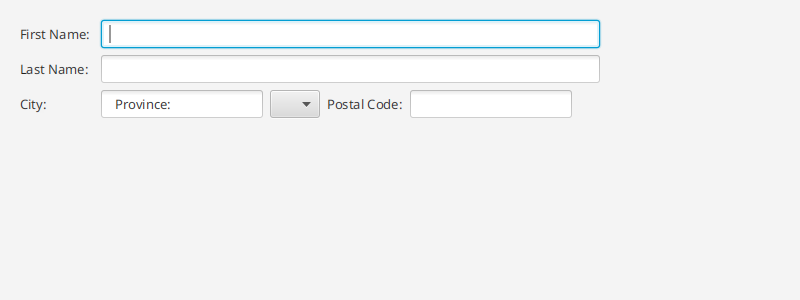
Repository: Mselenko/Java
Program's window: java w_5/JavaFx/src/garbage/CssExample.java
The author's editor kept a copy of each file at every save. The program's window is drawn from the files as they stood at one save, then again after the next save.
It runs on Java 21 on a 1366 x 768 screen with JavaFX 11; the title bar is not drawn.

Above is the program's window before, as saved 2019-06-22 00:14:13.

### w_5/JavaFx/src/garbage/CssExample.java
package garbage;

import javafx.application.Application;
import javafx.geometry.HPos;
import javafx.geometry.Insets;
import javafx.scene.Scene;
import javafx.scene.control.ComboBox;
import javafx.scene.control.Label;
import javafx.scene.control.TextArea;
import javafx.scene.control.TextField;
import javafx.scene.image.Image;
import javafx.scene.image.ImageView;
import javafx.scene.layout.GridPane;
import javafx.scene.paint.Color;
import javafx.scene.paint.Paint;
import javafx.scene.paint.RadialGradientBuilder;
import javafx.scene.paint.Stop;
import javafx.stage.Stage;

/**
 * Created on: 23.06.2012
 * @author Sebastian Damm
 */
public class CssExample extends Application{
//{
//    private final Paint background = RadialGradientBuilder.create()
//            .stops(new Stop(0d, Color.TURQUOISE), new Stop(1, Color.web('3A5998')))
//            .centerX(0.5d).centerY(0.5d).build();
    private final String LABEL_STYLE = "-fx-text-fill: white; -fx-font-size: 14;"
            + "-fx-effect: dropshadow(one-pass-box, black, 5, 0, 1, 1);";

    @Override
    public void start(Stage primaryStage) throws Exception
    {
        Scene scene = new Scene(createGridPane(), 800, 300);
        primaryStage.setTitle("GridPaneExample 2 - User form");
        primaryStage.setScene(scene);
        primaryStage.show();
    }

    private GridPane createGridPane()
    {
        GridPane gridPane = new GridPane();
        gridPane.setPadding(new Insets(20, 20, 20, 20));
        gridPane.setHgap(7); gridPane.setVgap(7);

        Label lbFirstName = new Label("First Name: ");
        //lbFirstName.setStyle(LABEL_STYLE);
        GridPane.setHalignment(lbFirstName, HPos.LEFT);
        TextField tfFirstName = new TextField();
        //tfFirstName.setPrefColumnCount(40);
        GridPane.setColumnSpan(tfFirstName, 10);

        Label lbLastName = new Label("Last Name:");
        //lbLastName.setStyle(LABEL_STYLE);
        GridPane.setHalignment(lbLastName, HPos.LEFT);
        TextField tfLastName = new TextField();
       // tfLastName.setPrefColumnCount(40);
        GridPane.setColumnSpan(tfLastName, 10);

        Label lbCity = new Label("City:");
        //lbCity.setStyle(LABEL_STYLE);
        GridPane.setHalignment(lbCity, HPos.LEFT);
        TextField tfCity = new TextField();
        GridPane.setHalignment(tfCity, HPos.LEFT);
        GridPane.setColumnSpan(tfCity, 3);

        Label lbProvince = new Label("Province: ");

        //lbStreetNr.setStyle(LABEL_STYLE);
        GridPane.setHalignment(lbProvince, HPos.LEFT);
        ComboBox<String>  tfProvince = new ComboBox();
        GridPane.setHalignment(tfProvince, HPos.LEFT);

        Label lbpCode = new Label("Postal Code:");
        //lbCity.setStyle(LABEL_STYLE);
        GridPane.setHalignment(lbpCode, HPos.LEFT);
        TextField tfpCode = new TextField();

//        tfStreet.setPrefColumnCount(5);
//        GridPane.setColumnSpan(tfStreet, 2);
//        TextField tfNumber = new TextField();
//        tfNumber.setPrefColumnCount(3);

//        Label lbNotes = new Label("Notes:");
//        lbNotes.setStyle(LABEL_STYLE);
//        GridPane.setHalignment(lbNotes, HPos.RIGHT);
//        TextArea taNotes = new TextArea();
//        taNotes.setPrefColumnCount(5);
//        taNotes.setPrefRowCount(5);
//        GridPane.setColumnSpan(taNotes, 3);
//        GridPane.setRowSpan(taNotes, 2);

//        ImageView imageView = new ImageView(new Image(getClass()
//                .getResourceAsStream('person.png'), 0, 65, true, true));
//        GridPane.setHalignment(imageView, HPos.LEFT);
//        GridPane.setColumnSpan(imageView, 2);
//        GridPane.setRowSpan(imageView, 3);

//        gridPane.setGridLinesVisible(true);

        gridPane.add(lbFirstName, 0, 0); gridPane.add(tfFirstName, 1, 0);
        gridPane.add(lbLastName, 0, 1); gridPane.add(tfLastName, 1, 1);

        //gridPane.add(imageView, 2, 0); gridPane.add(lbLastName, 0, 1);
       // gridPane.add(tfLastName, 1, 1); gridPane.add(lbCity, 0, 2);
        gridPane.add(lbCity, 0, 2); gridPane.add(tfCity, 1, 2);
        gridPane.add(lbProvince, 3, 2); gridPane.add(tfProvince, 4, 2);
        gridPane.add(lbpCode, 5, 2); gridPane.add(tfpCode, 6, 2);
       // gridPane.add(lbNotes, 0, 4); gridPane.add(taNotes, 1, 4);

        return gridPane;
    }

    public static void main(String[] args)
    {   Application.launch(args);   }
}

After the next save:
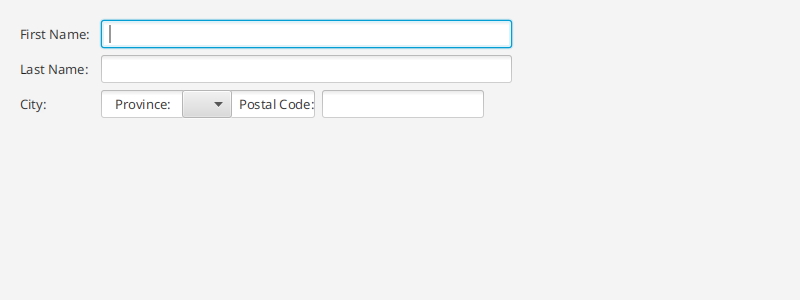
Saved 15 s later.
--- a/w_5/JavaFx/src/garbage/CssExample.java
+++ b/w_5/JavaFx/src/garbage/CssExample.java
@@ -63,7 +63,7 @@
         GridPane.setHalignment(lbCity, HPos.LEFT);
         TextField tfCity = new TextField();
         GridPane.setHalignment(tfCity, HPos.LEFT);
-        GridPane.setColumnSpan(tfCity, 3);
+        GridPane.setColumnSpan(tfCity, 5);
 
         Label lbProvince = new Label("Province: ");
 
